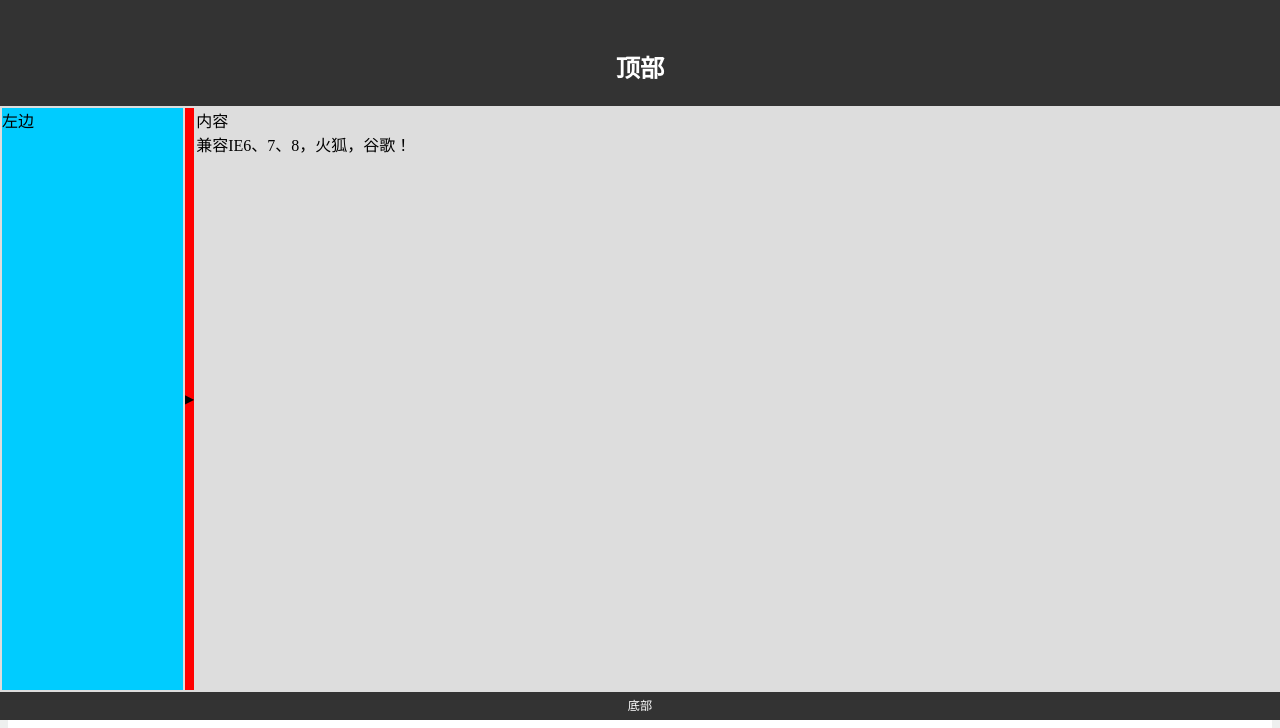
Repository: figo645/NewGenerationOA
Page: http://localhost/mavenweb/
The author's editor kept a copy of each file at every save. The page is drawn from the files as they stood at one save, then again after the next save.
The browser window is 1280 px wide. The pictures show the whole page.
The page is served by Tomcat 9. Nobody is signed in. The application's start-up code is not run. Other server files are loaded and not shown.

Above is the page before, as saved 2015-09-24 05:17:08.

### 3.implementtation/prototype_ws/mavenweb/src/main/webapp/index.jsp
<%@ page contentType="text/html;charset=utf-8"%>
<html xmlns="http://www.w3.org/1999/xhtml";>
<head>
<title>自适应</title>
<style type="text/css">
html {
	height: 100%;
	max-height: 100%;
	padding: 0;
	margin: 0;
	border: 0;
	background: #eef0ef;
	font-size: 76%;
	overflow: hidden;
}

body {
	height: 100%;
	max-height: 100%;
	border: 0;
	overflow: hidden;
	background: #fff;
	padding: 0;
}
/*lay
--------------*/
#content {
	position: absolute;
	overflow: hidden;
	z-index: 3;
	top: 106px;
	left: 0;
	width: 100%;
	bottom: 28px;
	bottom: 28px\9;
	background: #ddd;
}

* html #content {
	top: 0;
	height: 100%;
	max-height: 100%;
	width: 100%;
	overflow: hidden;
	position: absolute;
	z-index: 3;
	border-top: 106px solid #fff;
	border-bottom: 28px solid #fff;
}

#header {
	position: absolute;
	margin: 0;
	top: 0;
	left: 0;
	display: block;
	width: 100%;
	height: 106px;
	line-height: 106px;
	background: #333;
	z-index: 5;
	overflow: hidden;
	color: #fff;
	text-align: center;
}

#footer {
	position: absolute;
	margin: 0;
	bottom: 0;
	left: 0;
	display: block;
	width: 100%;
	height: 28px;
	line-height: 28px;
	text-align: center;
	z-index: 5;
	overflow: hidden;
	color: #fff;
	background: #333;
}

/*中间表格*/
.main_tab {
	width: 100%;
	height: 100%;
}

.main_tab td {
	padding: 0px;
	margin: 0px;
	vertical-align: top;
	height: 100%;
	max-height: 100%;
}

.main_tab td.td_left {
	width: 181px;
	background: #00CCFF;
}

.main_tab td.td_close {
	padding: 0px;
	width: 8px;
	vertical-align: middle;
	background: #ff0000;
	font-size: 12px;
	overflow: hidden;
}
</style>

<script type="text/javascript">
	function show() {
		if (document.getElementById("left").style.display == 'none') { //判断目前左边栏的状态（显示、隐藏）
			document.getElementById("left").style.display = 'block'; //显示左边栏
		} else {
			document.getElementById("left").style.display = 'none'; //隐藏左边栏
		}
	}
</script>
</head>
<body>
	<div id="header">
		<h1>顶部</h1>
	</div>
	<div id="content">
		<table cellpadding="0" cellpadding="0" border="0" class="main_tab">
			<tr>
				<td class="td_left" id="left">
					<div class="menu_column">
						<div class="title"></div>
						<div class="menu_con">
							<div class="lef_nav">左边</div>
						</div>
					</div> <!--左边菜单 end-->
				</td>
				<!-- 点击缩进 -->
				<td class="td_close" onclick="show();">▶</td>
				<td>
					<div id="contenct">
						内容<br />兼容IE6、7、8，火狐，谷歌！
					</div>
				</td>
			</tr>
		</table>
	</div>
	<div id="footer">底部</div>
</body>
</html>

After the next save:
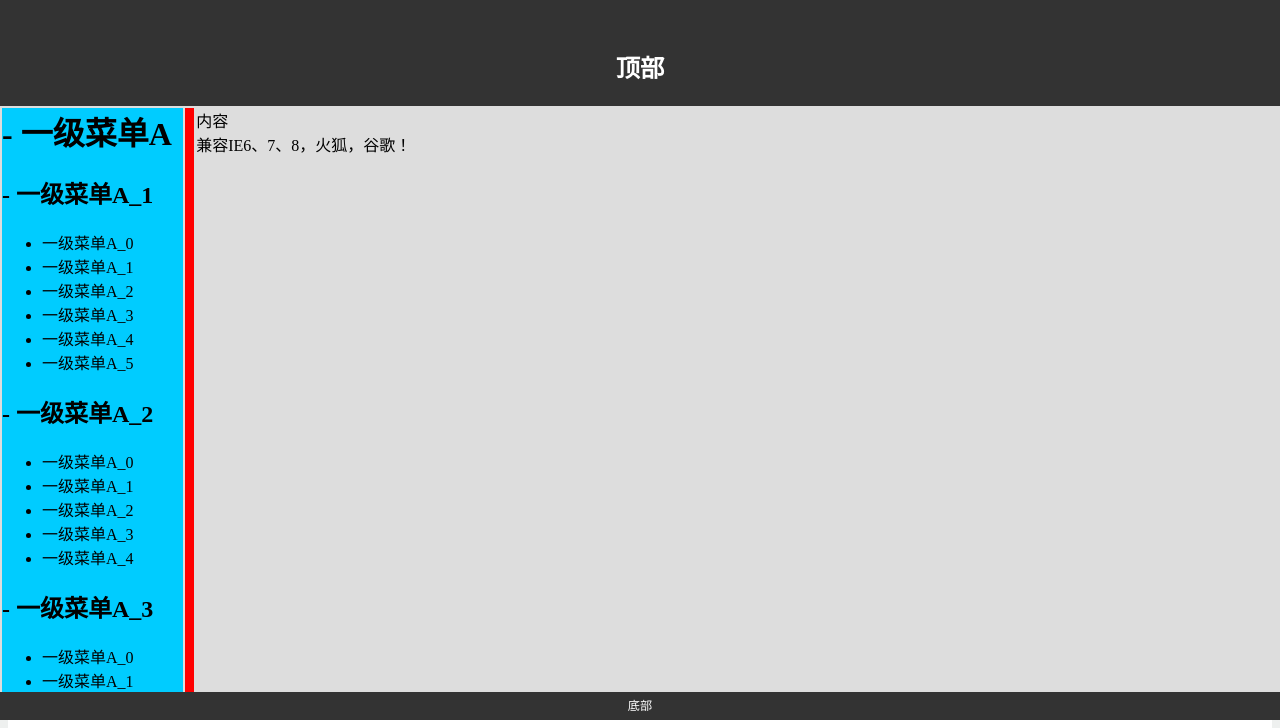
Saved 3 h 17 min later.
--- a/3.implementtation/prototype_ws/mavenweb/src/main/webapp/index.jsp
+++ b/3.implementtation/prototype_ws/mavenweb/src/main/webapp/index.jsp
@@ -130,7 +130,131 @@ body {
 					<div class="menu_column">
 						<div class="title"></div>
 						<div class="menu_con">
-							<div class="lef_nav">左边</div>
+							<div class="lef_nav">
+
+
+<div id="menu">
+	<h1 onClick="javascript:ShowMenu(this,'NO0')"> - 一级菜单A</h1>
+	<span id="NO0" class="no">
+		<h2 onClick="javascript:ShowMenu(this,'NO00')"> - 一级菜单A_1</h2>
+		<ul id="NO00" class="no">
+			<li>一级菜单A_0</li>
+			<li>一级菜单A_1</li>
+			<li>一级菜单A_2</li>
+			<li>一级菜单A_3</li>
+			<li>一级菜单A_4</li>
+			<li>一级菜单A_5</li>
+
+		</ul>
+		<h2 onClick="javascript:ShowMenu(this,'NO01')"> - 一级菜单A_2</h2>
+		<ul id="NO01" class="no">
+			<li>一级菜单A_0</li>
+			<li>一级菜单A_1</li>
+			<li>一级菜单A_2</li>
+			<li>一级菜单A_3</li>
+			<li>一级菜单A_4</li>
+
+		</ul>
+		<h2 onClick="javascript:ShowMenu(this,'NO02')"> - 一级菜单A_3</h2>
+		<ul id="NO02" class="no">
+			<li>一级菜单A_0</li>
+			<li>一级菜单A_1</li>
+			<li>一级菜单A_2</li>
+			<li>一级菜单A_3</li>
+			<li>一级菜单A_4</li>
+			<li>一级菜单A_5</li>
+			<li>一级菜单A_6</li>
+		</ul>
+		<h2 onClick="javascript:ShowMenu(this,'NO03')"> - 一级菜单A_4</h2>
+		<ul id="NO03" class="no">
+			<li>一级菜单A_0</li>
+			<li>一级菜单A_1</li>
+			<li>一级菜单A_2</li>
+			<li>一级菜单A_3</li>
+			<li>一级菜单A_4</li>
+			<li>一级菜单A_5</li>
+			<li>一级菜单A_6</li>
+			<li>一级菜单A_7</li>
+
+		</ul>
+	</span>
+
+	<h1 onClick="javascript:ShowMenu(this,'NO1')"> - 二级菜单B</h1>
+	<span id="NO1" class="no">
+		<h2 onClick="javascript:ShowMenu(this,'NO10')"> - 二级菜单B_1</h2>
+		<ul id="NO10" class="no">
+			<li>二级菜单B_0</li>
+			<li>二级菜单B_1</li>
+			<li>二级菜单B_2</li>
+			<li>二级菜单B_3</li>
+			<li>二级菜单B_4</li>
+			<li>二级菜单B_5</li>
+			<li>二级菜单B_6</li>
+			<li>二级菜单B_7</li>
+		</ul>
+		<h2 onClick="javascript:ShowMenu(this,'NO11')"> - 二级菜单B_2</h2>
+		<ul id="NO11" class="no">
+			<li>二级菜单B_0</li>
+			<li>二级菜单B_1</li>
+			<li>二级菜单B_2</li>
+			<li>二级菜单B_3</li>
+			<li>二级菜单B_4</li>
+			<li>二级菜单B_5</li>
+			<li>二级菜单B_6</li>
+			<li>二级菜单B_7</li>
+		</ul>
+	</span>
+
+	<h1 onClick="javascript:ShowMenu(this,'NO2')"> - 三级菜单C</h1>
+	<span id="NO2" class="no">
+		<h2 onClick="javascript:ShowMenu(this,'NO20')"> - 三级菜单C_1</h2>
+		<ul id="NO20" class="no">
+			<li>三级菜单C_0</li>
+			<li>三级菜单C_1</li>
+			<li>三级菜单C_2</li>
+			<li>三级菜单C_3</li>
+			<li>三级菜单C_4</li>
+			<li>三级菜单C_5</li>
+			<li>三级菜单C_6</li>
+			<li>三级菜单C_7</li>
+			<li>三级菜单C_8</li>
+			<li>三级菜单C_9</li>
+		</ul>
+		<h2 onClick="javascript:ShowMenu(this,'NO21')"> - 三级菜单C_2</h2>
+		<ul id="NO21" class="no">
+			<li>三级菜单C_0</li>
+			<li>三级菜单C_1</li>
+			<li>三级菜单C_2</li>
+			<li>三级菜单C_3</li>
+			<li>三级菜单C_4</li>
+
+		</ul>
+	</span>
+
+	<h1 onClick="javascript:ShowMenu(this,'NO3')"> - 四级菜单D</h1>
+	<span id="NO3" class="no">
+		<h2 onClick="javascript:ShowMenu(this,'NO30')"> - 四级菜单D_1</h2>
+		<ul id="NO30" class="no">
+			<li>四级菜单D_0</li>
+			<li>四级菜单D_1</li>
+			<li>四级菜单D_2</li>
+			<li>四级菜单D_3</li>
+		</ul>
+		<h2 onClick="javascript:ShowMenu(this,'NO31')"> - 四级菜单D_2</h2>
+		<ul id="NO31" class="no">
+			<li>四级菜单D_0</li>
+			<li>四级菜单D_1</li>
+			<li>四级菜单D_2</li>
+			<li>四级菜单D_3</li>
+			<li>四级菜单D_4</li>
+			<li>四级菜单D_5</li>
+		</ul>
+	</span>
+</div>
+
+
+
+							</div>
 						</div>
 					</div> <!--左边菜单 end-->
 				</td>
